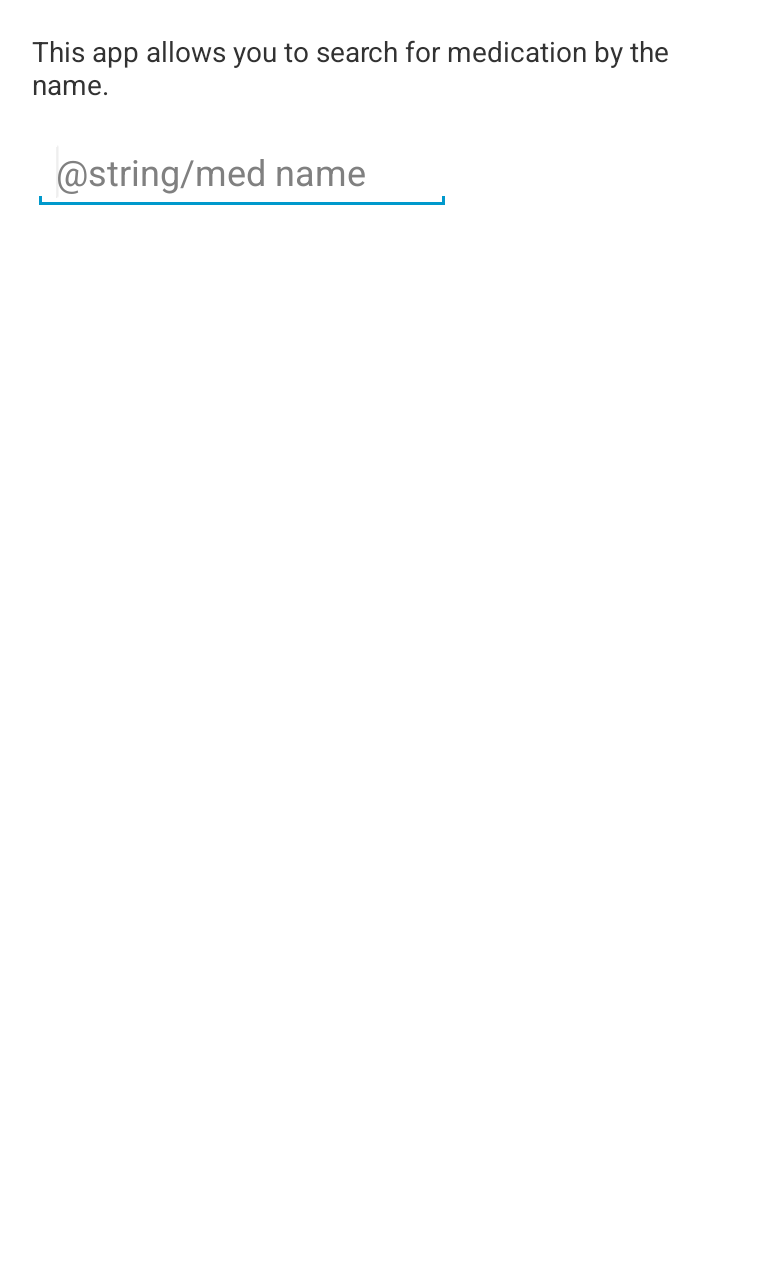
Repository: rosingrr/software-engineering
Layout: app/SympMeds/res/layout/activity_main.xml
The author's editor kept a copy of each file at every save. The layout is drawn from the files as they stood at one save, then again after the next save.
It is drawn on a 768 x 1280 px phone screen (xhdpi) without system bars, with theme AppTheme; the app's code is not run.

Above is the layout before, as saved 2013-05-30 14:45:34.

### app/SympMeds/res/layout/activity_main.xml
<RelativeLayout xmlns:android="http://schemas.android.com/apk/res/android"
    xmlns:tools="http://schemas.android.com/tools"
    android:layout_width="match_parent"
    android:layout_height="match_parent"
    android:paddingBottom="@dimen/activity_vertical_margin"
    android:paddingLeft="@dimen/activity_horizontal_margin"
    android:paddingRight="@dimen/activity_horizontal_margin"
    android:paddingTop="@dimen/activity_vertical_margin"
    tools:context=".MainActivity" >

    <TextView
        android:id="@+id/textView1"
        android:layout_width="wrap_content"
        android:layout_height="wrap_content"
        android:text="@string/description" />

    <EditText
        android:id="@+id/editText1"
        android:layout_width="wrap_content"
        android:layout_height="wrap_content"
        android:layout_alignLeft="@+id/textView1"
        android:layout_below="@+id/textView1"
        android:layout_marginTop="15dp"
        android:ems="10"
        android:hint="@string/med name" >

        <requestFocus />
    </EditText>

</RelativeLayout>

### app/SympMeds/res/values/strings.xml
<?xml version="1.0" encoding="utf-8"?>
<resources>

    <string name="app_name">SympMeds</string>
    <string name="action_settings">Settings</string>
    <string name="description">This app allows you to search for medication by the name.</string>
    <string name="med_name">enter name of medication</string>

</resources>

Loaded but not shown: app/SympMeds/res/values/styles.xml (common file); app/SympMeds/res/values-v11/styles.xml (common file); app/SympMeds/res/values-v14/styles.xml (common file); app/SympMeds/res/values/dimens.xml (common file)

After the next save:
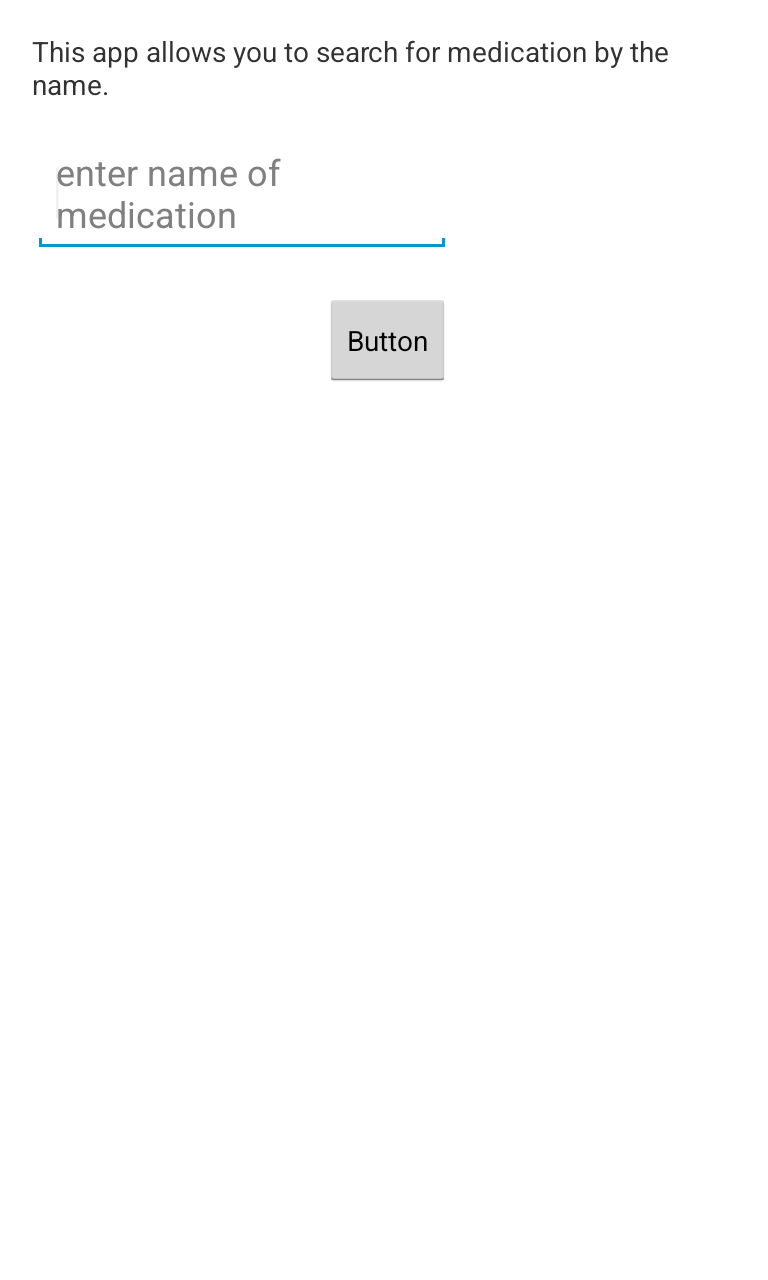
Saved 79 s later.
--- a/app/SympMeds/res/layout/activity_main.xml
+++ b/app/SympMeds/res/layout/activity_main.xml
@@ -22,9 +22,19 @@
         android:layout_below="@+id/textView1"
         android:layout_marginTop="15dp"
         android:ems="10"
-        android:hint="@string/med name" >
+        android:hint="@string/med_name" >
 
         <requestFocus />
     </EditText>
 
+    <Button
+        android:id="@+id/button1"
+        style="?android:attr/buttonStyleSmall"
+        android:layout_width="wrap_content"
+        android:layout_height="wrap_content"
+        android:layout_alignRight="@+id/editText1"
+        android:layout_below="@+id/editText1"
+        android:layout_marginTop="19dp"
+        android:text="Button" />
+
 </RelativeLayout>
--- a/app/SympMeds/res/values/strings.xml
+++ b/app/SympMeds/res/values/strings.xml
@@ -5,5 +5,6 @@
     <string name="action_settings">Settings</string>
     <string name="description">This app allows you to search for medication by the name.</string>
     <string name="med_name">enter name of medication</string>
+    <string name="search">Search</string>
 
 </resources>
